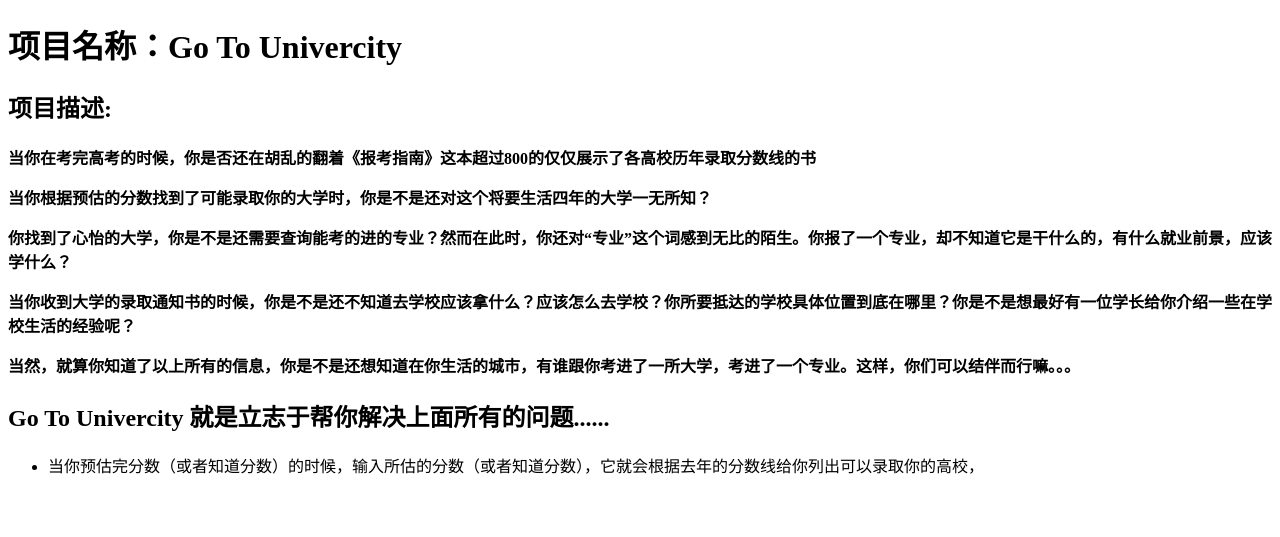
Repository: SUT-GC/GoToUnivercity
Page: http://localhost/GoToUniversity/ideasource/idea.jsp
An editor plug-in stored every save of this project. The page is shown before and after the next save, followed by the edit.
The browser window is 1280 px wide. The pictures show the whole page.
The page is served by Tomcat 9. Nobody is signed in. The application's start-up code is not run.

Above is the page before, as saved 2015-11-16 11:04:22.

### GoToUniversity/WebContent/ideasource/idea.jsp
<%@ page language="java" contentType="text/html; charset=UTF-8"
    pageEncoding="UTF-8"%>
<!DOCTYPE html PUBLIC "-//W3C//DTD HTML 4.01 Transitional//EN" "http://www.w3.org/TR/html4/loose.dtd">
<html>
<head>
<meta http-equiv="Content-Type" content="text/html; charset=UTF-8">
<title>Idea Source</title>
</head>
<body>
	<div class="content">
		<div class="content_head">
			<h1>项目名称：Go To Univercity</h1>
		</div>
		<div class="content_body">
			<div class="content_body_description">
				<h2>项目描述:</h2>
				<h4>
					<p>当你在考完高考的时候，你是否还在胡乱的翻着《报考指南》这本超过800的仅仅展示了各高校历年录取分数线的书</p>
					<p>当你根据预估的分数找到了可能录取你的大学时，你是不是还对这个将要生活四年的大学一无所知？</p>
					<p>你找到了心怡的大学，你是不是还需要查询能考的进的专业？然而在此时，你还对“专业”这个词感到无比的陌生。你报了一个专业，却不知道它是干什么的，有什么就业前景，应该学什么？</p>
					<p>当你收到大学的录取通知书的时候，你是不是还不知道去学校应该拿什么？应该怎么去学校？你所要抵达的学校具体位置到底在哪里？你是不是想最好有一位学长给你介绍一些在学校生活的经验呢？</p>
					<p>当然，就算你知道了以上所有的信息，你是不是还想知道在你生活的城市，有谁跟你考进了一所大学，考进了一个专业。这样，你们可以结伴而行嘛。。。</p>
				</h4>
			</div>
			<div class="content_body_content">
				<h2>Go To Univercity 就是立志于帮你解决上面所有的问题......</h2>
				<ul>
					<li><p>当你预估完分数（或者知道分数）的时候，输入所估的分数（或者知道分数），它就会根据去年的分数线给你列出可以录取你的高校，</p></li>
				</ul>
			</div>
		</div>
	</div>
</body>
</html>

After the next save:
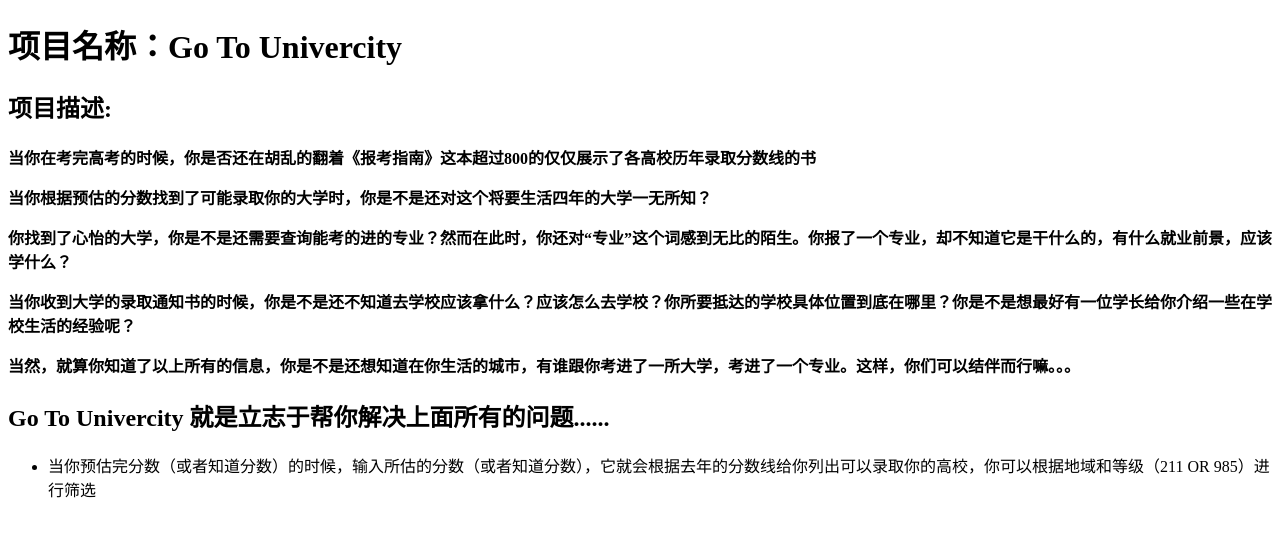
Saved 52 s later.
--- a/GoToUniversity/WebContent/ideasource/idea.jsp
+++ b/GoToUniversity/WebContent/ideasource/idea.jsp
@@ -25,7 +25,7 @@
 			<div class="content_body_content">
 				<h2>Go To Univercity 就是立志于帮你解决上面所有的问题......</h2>
 				<ul>
-					<li><p>当你预估完分数（或者知道分数）的时候，输入所估的分数（或者知道分数），它就会根据去年的分数线给你列出可以录取你的高校，</p></li>
+					<li><p>当你预估完分数（或者知道分数）的时候，输入所估的分数（或者知道分数），它就会根据去年的分数线给你列出可以录取你的高校，你可以根据地域和等级（211 OR 985）进行筛选</p></li>
 				</ul>
 			</div>
 		</div>
